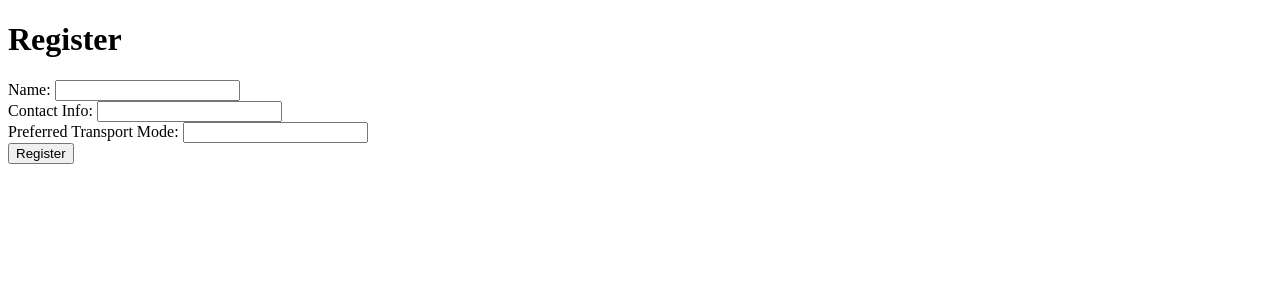
Repository: harutoNaiz/urban-mobility-system
Page: http://localhost/register
The author's editor kept a copy of each file at every save. The page is drawn from the files as they stood at one save, then again after the next save.
The browser window is 1280 px wide. The pictures show the whole page.
The page is served by the project's application, run on Flask 3 (app.py).

Above is the page before, as saved 2024-11-12 14:39:24.

### templates/register.html
<!DOCTYPE html>
<html lang="en">
<head>
    <meta charset="UTF-8">
    <title>Register</title>
</head>
<body>
    <h1>Register</h1>
    <form method="post">
        <label>Name: <input type="text" name="name" required></label><br>
        <label>Contact Info: <input type="text" name="contact_info" required></label><br>
        <label>Preferred Transport Mode: <input type="text" name="preferred_mode" required></label><br>
        <input type="submit" value="Register">
    </form>
</body>
</html>

### app.py
# app.py
from flask import Flask, render_template, request, redirect, url_for, jsonify
import pymysql
import json
from config import DB_CONFIG

app = Flask(__name__)

# Connect to the MySQL database
def get_db_connection():
    return pymysql.connect(**DB_CONFIG)

@app.route('/')
def index():
    return redirect(url_for('register_user'))

# Register a new user
@app.route('/register', methods=['GET', 'POST'])
def register_user():
    if request.method == 'POST':
        name = request.form['name']
        phone = request.form['phone']
        email = request.form['email']
        preferred_transport = request.form['preferred_transport']
        commuting_pattern = request.form['commuting_pattern']

        # Create ContactInfo JSON
        contact_info = json.dumps({
            'Phone': phone,
            'Email': email
        })

        connection = get_db_connection()
        with connection.cursor() as cursor:
            sql = "INSERT INTO Users (Name, ContactInfo, PreferredTransportMode, CommutingPattern) VALUES (%s, %s, %s, %s)"
            cursor.execute(sql, (name, contact_info, preferred_transport, commuting_pattern))
            connection.commit()
        connection.close()

        return redirect(url_for('select_route'))

    return render_template('register.html')

# Route selection with congestion suggestion
@app.route('/select_route', methods=['GET', 'POST'])
def select_route():
    if request.method == 'POST':
        route_id = request.form['route_id']
        user_id = int(request.form['user_id'])

        # Check congestion level
        connection = get_db_connection()
        with connection.cursor() as cursor:
            cursor.execute("SELECT CheckTrafficWarning(%s) AS traffic_warning", (route_id,))
            traffic_warning = cursor.fetchone()['traffic_warning']
        connection.close()

        return render_template('congestion_warning.html', traffic_warning=traffic_warning, route_id=route_id, user_id=user_id)

    # Fetch available routes
    connection = get_db_connection()
    with connection.cursor() as cursor:
        cursor.execute("SELECT * FROM Routes")
        routes = cursor.fetchall()
    connection.close()

    return render_template('select_route.html', routes=routes)

# Handle budget input and show options
@app.route('/suggest_routes', methods=['POST'])
def suggest_routes():
    budget = float(request.form['budget'])
    user_id = int(request.form['user_id'])
    route_id = int(request.form['route_id'])

    connection = get_db_connection()
    with connection.cursor() as cursor:
        sql = """
        SELECT Journeys.JourneyID, Journeys.TransportModeID, MIN(JourneyCost) AS Cost
        FROM Journeys
        WHERE StartLocation = (SELECT StartPoint FROM Routes WHERE RouteID = %s)
        AND EndLocation = (SELECT EndPoint FROM Routes WHERE RouteID = %s)
        AND JourneyCost <= %s
        GROUP BY Journeys.TransportModeID
        ORDER BY Cost
        """
        cursor.execute(sql, (route_id, route_id, budget))
        suggested_routes = cursor.fetchall()
    connection.close()

    return render_template('payment.html', suggested_routes=suggested_routes, user_id=user_id)

# Process booking and payment
@app.route('/process_booking', methods=['POST'])
def process_booking():
    user_id = int(request.form['user_id'])
    transport_mode_id = int(request.form['transport_mode_id'])
    journey_cost = float(request.form['cost'])
    payment_method = request.form['payment_method']

    connection = get_db_connection()
    with connection.cursor() as cursor:
        # Check capacity
        cursor.execute("SELECT Capacity, CurrentOccupancy FROM TransportModes WHERE TransportModeID = %s", (transport_mode_id,))
        transport_mode = cursor.fetchone()

        if transport_mode['CurrentOccupancy'] < transport_mode['Capacity']:
            # Proceed with booking
            cursor.execute("""
            INSERT INTO Journeys (UserID, StartLocation, EndLocation, StartTime, JourneyCost, TransportModeID)
            VALUES (%s, 'Unknown Start', 'Unknown End', NOW(), %s, %s)
            """, (user_id, journey_cost, transport_mode_id))
            connection.commit()

            # Update occupancy
            cursor.execute("UPDATE TransportModes SET CurrentOccupancy = CurrentOccupancy + 1 WHERE TransportModeID = %s", (transport_mode_id,))
            connection.commit()

            # Record payment
            cursor.execute("""
            INSERT INTO Payments (UserID, ProviderID, Amount, PaymentDate, PaymentMethod, DiscountApplied)
            VALUES (%s, (SELECT ProviderID FROM TransportModes WHERE TransportModeID = %s), %s, NOW(), %s, 0)
            """, (user_id, transport_mode_id, journey_cost, payment_method))
            connection.commit()
        else:
            return jsonify({'message': 'Capacity exceeded. Booking failed.'}), 400

    connection.close()
    return jsonify({'message': 'Booking and payment successful!'}), 200

if __name__ == '__main__':
    app.run(debug=True)

After the next save:
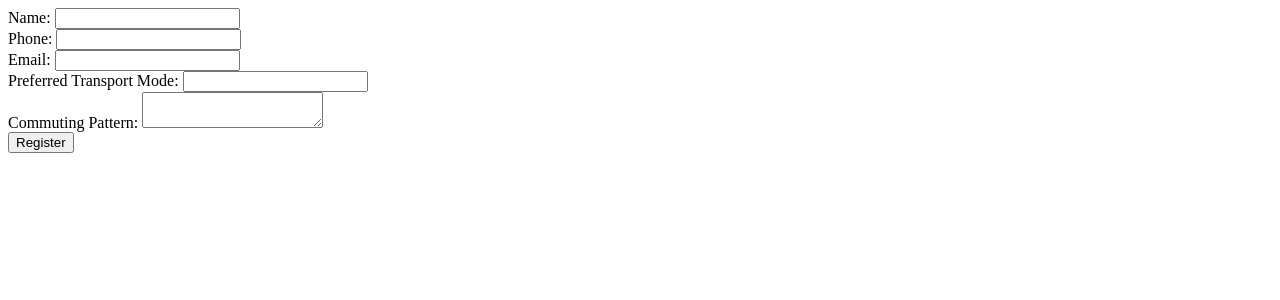
Saved 17 s later.
--- a/templates/register.html
+++ b/templates/register.html
@@ -1,16 +1,9 @@
-<!DOCTYPE html>
-<html lang="en">
-<head>
-    <meta charset="UTF-8">
-    <title>Register</title>
-</head>
-<body>
-    <h1>Register</h1>
-    <form method="post">
-        <label>Name: <input type="text" name="name" required></label><br>
-        <label>Contact Info: <input type="text" name="contact_info" required></label><br>
-        <label>Preferred Transport Mode: <input type="text" name="preferred_mode" required></label><br>
-        <input type="submit" value="Register">
-    </form>
-</body>
-</html>
+<!-- templates/register.html -->
+<form action="{{ url_for('register_user') }}" method="post">
+    <label>Name: <input type="text" name="name"></label><br>
+    <label>Phone: <input type="text" name="phone"></label><br>
+    <label>Email: <input type="email" name="email"></label><br>
+    <label>Preferred Transport Mode: <input type="text" name="preferred_transport"></label><br>
+    <label>Commuting Pattern: <textarea name="commuting_pattern"></textarea></label><br>
+    <button type="submit">Register</button>
+</form>
